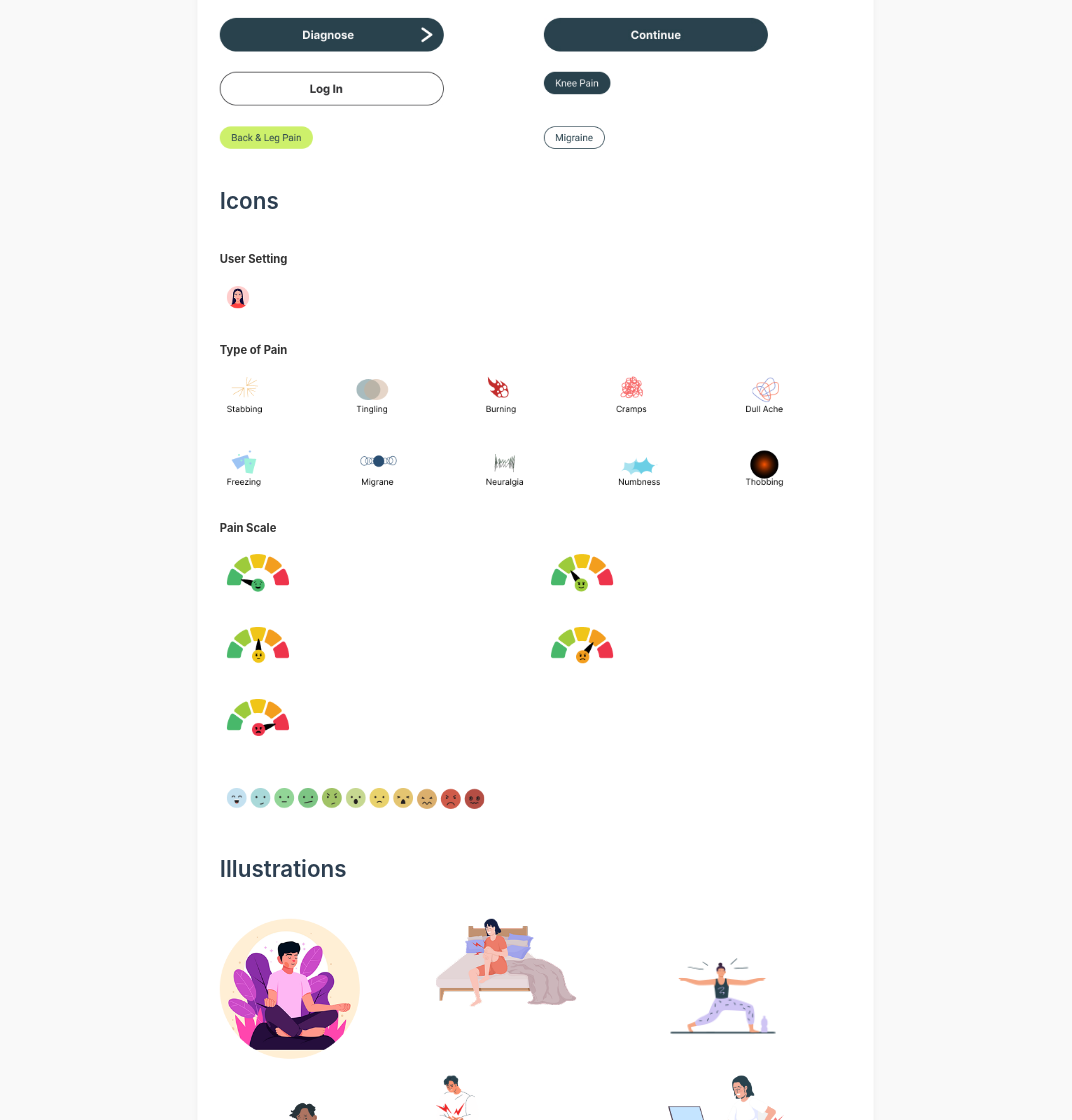
Repository: rosielee09/Heal_U
Page: graphics.html
The author's editor kept a copy of each file at every save. The page is drawn from the files as they stood at one save, then again after the next save.
The browser window is 1280 px wide. The page is 1532 px wide, then 1500 px, so the pictures cover 1532 px, including what lies to the right of the window. The pictures show the part of the page from y = 1251 to 2851 px (the page is 4593 px tall before and 4458 px after), at 70% of full size.

Above is the page before, as saved 2025-04-06 11:01:58.

### graphics.html
<!DOCTYPE html>
<html lang="en">
<head>
    <meta charset="UTF-8">
    <meta name="viewport" content="width=device-width, initial-scale=1.0">
    <link rel="stylesheet" href="styles.css">
    <title>Heal_U Styleguide</title>
</head>
<body>
    <div class="container">
        <!-- Sidebar Navigation -->
        <div class="sidebar">
            <div class="sidebar-header">
                <h1>UI/UX Styleguide</h1>
                <p>Project design system</p>
            </div>
            <ul class="nav">
                <li ><a href="index.html">Home</a></li>
                <li><a href="colors.html">Colors</a></li>
                <li><a href="typography.html">Typography</a></li>
                <li><a href="logo.html">Logo</a></li>
                <li class="active"><a href="graphics.html">Graphics</a></li>
                <li><a href="references.html">References</a></li>
            </ul>
        </div>

        <!-- Main Content - Home Page -->

        <div class="content">
            <header class="page-header">
                <h2>Graphics</h2>
                <p>This document provides guidelines for maintaining visual consistency across our product.</p>
            </header>


           <!-- SECTION 1: menu bar -->
           <div class="component">
            <div class="component-header">

                <section class="component-section">
                    <h3 class="component-title">Navigation Bar</h3>

                    <div class="graphic-grid">
                        <!-- home -->
                        <div class="graphic-item">
                            <img class="graphic-menu__icon" src="/img/graphic-menu/home.png" alt="home">
                            <div class="graphic-info">
                                <h4 class="graphic-title">Home</h4>
                                <p class="graphic-title-desc">The Home button navigates users to the home screen, providing quick access to the main interface.</p>
                            </div>
                        </div>
                        <!-- diagnose -->
                        <div class="graphic-item">
                            <img class="graphic-menu__icon" src="/img/graphic-menu/diagnose.png" alt="diagnose">
                            <div class="graphic-info">
                                <h4 class="graphic-title">Diagnose </h4>
                                <p class="graphic-title-desc">The diagnose button navigates users to the Diagnose page, allowing them to reassess their condition anytime, especially if their pain level changes significantly.</p>
                            </div>
                        </div>
                        <!-- Progress -->
                        <div class="graphic-item">
                            <img class="graphic-menu__icon" src="/img/graphic-menu/progress.png" alt="Progress">
                            <div class="graphic-info">
                                <h4 class="graphic-title">Progress </h4>
                                <p class="graphic-title-desc">
                                    The Progress button takes users to the Progress page, where they can track their journey from the beginning to their current pain condition.</p>
                            </div>
                        </div>

                        <!-- blog -->
                        <div class="graphic-item">
                            <img class="graphic-menu__icon" src="/img/graphic-menu/blog.png" alt="blog">
                            <div class="graphic-info">
                                <h4 class="graphic-title">Blog </h4>
                                <p class="graphic-title-desc">The Blog button takes users to the blog page, allowing them to interact with others and find motivation through shared experiences.</p>
                        </div>
                        </div>

                        <!-- Settings -->
                        <div class="graphic-item">
                            <img class="graphic-menu__icon" src="/img/graphic-menu/setting.png" alt="Setting">
                            <div class="graphic-info">
                                <h4 class="graphic-title">Settings </h4>
                                <p class="graphic-title-desc">The Settings button takes users to the settings page, where they can customize their preferences and personalize their experience.</p>
                    </div>
                </div>
            </div>
        </div></div>
<!-- button section -->
<div class="component">
                <section class="component-section">
                    <h3 class="component-title">Buttons </h3>

                    <div class="graphic-grid">
                          <!-- fill button -->
                        <div class="graphic-item">
                            <img class="graphic-button__icon" src="/img/Appovation - buttons/Button-fill-withIcon.png" alt="fill-icon">
                        </div>
                        <div class="graphic-item">
                            <img class="graphic-button__icon" src="/img/Appovation - buttons/Button-fill.jpg" alt="fill">
                        </div>
                        <div class="graphic-item">
                            <img class="graphic-button__icon" src="/img/Appovation - buttons/Button-outline.jpg" alt="outline">
                        </div>
                        <div class="graphic-item">
                            <img class="graphic-button__icon" src="/img/Appovation - buttons/chips-fill.png" alt="chips">
                        </div>
                        <div class="graphic-item">
                            <img class="graphic-button__icon" src="/img/Appovation - buttons/chips-highlighted.png" alt="chips-highlighted">
                        </div>
                        <div class="graphic-item">
                            <img class="graphic-button__icon" src="/img/Appovation - buttons/chips-outlined.png" alt="chips-outlined">
                        </div>
                    </div>
                </section>

            <section class="component-section">
                <h3 class="component-title">Icons </h3>
                <h4 class="graphic-title">User Setting</h4>
                <div class="graphic-item">
                    <img class="graphic-icons" src="/img/Appovation - icons/user setting icon.png" alt="pain_type_icon">
                </div>

                <h4 class="graphic-title">Type of Pain</h4>
                <div class="graphic-grid__icons">

                    <div class="graphic-item">
                        <img class="graphic-icons" src="/img/Appovation - icons/Icon-stabbing.png" alt="pain_type_icon">
                    </div>
                    <div class="graphic-item">
                        <img class="graphic-icons" src="/img/Appovation - icons/Icon-tingling.png" alt="pain_type_icon">
                    </div>
                    <div class="graphic-item">
                        <img class="graphic-icons" src="/img/Appovation - icons/Icon_Burning.png" alt="pain_type_icon">
                    </div>
                    <div class="graphic-item">
                        <img class="graphic-icons" src="/img/Appovation - icons/Icon_Cramps.png" alt="pain_type_icon">
                    </div>
                    <div class="graphic-item">
                        <img class="graphic-icons" src="/img/Appovation - icons/Icon_dull ache.png" alt="pain_type_icon">
                    </div>
                    <div class="graphic-item">
                        <img class="graphic-icons" src="/img/Appovation - icons/Icon_freezing.png" alt="pain_type_icon">
                    </div>
                    <div class="graphic-item">
                        <img class="graphic-icons" src="/img/Appovation - icons/Icon_Migrane.png" alt="pain_type_icon">
                    </div>
                    <div class="graphic-item">
                        <img class="graphic-icons" src="/img/Appovation - icons/Icon_neuralgia.png" alt="pain_type_icon">
                    </div>
                    <div class="graphic-item">
                        <img class="graphic-icons" src="/img/Appovation - icons/Icon_numbness.png" alt="pain_type_icon">
                    </div>
                    <div class="graphic-item">
                        <img class="graphic-icons" src="/img/Appovation - icons/Icon_thobbing.png" alt="pain_type_icon">
                    </div>

                </div>


                <h4 class="graphic-title">Pain Scale</h4>
                <div class="graphic-grid">

                    <div class="graphic-item">
                        <img class="graphic-icons" src="/img/Appovation - icons/Pain_difference-slider-green.png" alt="pain_scale_icon">
                    </div>
                    <div class="graphic-item">
                        <img class="graphic-icons" src="/img/Appovation - icons/Pain_difference-slider-mild.png" alt="pain_scale_icon">
                    </div>
                    <div class="graphic-item">
                        <img class="graphic-icons" src="/img/Appovation - icons/Pain_difference-slider-middle.png" alt="pain_scale_icon">
                    </div>
                    <div class="graphic-item">
                        <img class="graphic-icons" src="/img/Appovation - icons/Pain_difference-slider-less-severe.png" alt="pain_scale_icon">
                    </div>
                    <div class="graphic-item">
                        <img class="graphic-icons" src="/img/Appovation - icons/Pain_difference-slider-severe.png" alt="pain_scale_icon">
                    </div>
                </div>
                <div class="graphic-item-grid1">
                    <img class="graphic-icons" src="/img/Appovation - icons/progress pain scale.png" alt="pain_scale_icon">
                </div>

        </section>

        <section class="component-section">
            <h3 class="component-title">Illustrations</h3>

            <div class="graphic-grid-illustrations">
                  <!-- fill button -->
                <div class="graphic-item-illustrations">
                    <img class="graphic-illustrations" src="/img/Appovation - illustration set/5214865 1.png" >
                </div>
                <div class="graphic-item-illustrations">
                    <img class="graphic-illustrations" src="/img/Appovation - illustration set/AdobeStock_593962329 1.png">
                </div>
                <div class="graphic-item-illustrations">
                    <img class="graphic-illustrations" src="/img/Appovation - illustration set/exercise 2.png" >
                </div>
                <div class="graphic-item-illustrations">
                    <img class="graphic-illustrations" src="/img/Appovation - illustration set/Group 103.png" >
                </div>
                <div class="graphic-item-illustrations">
                    <img class="graphic-illustrations" src="/img/Appovation - illustration set/Group 84.png" >
                </div>
                <div class="graphic-item-illustrations">
                    <img class="graphic-illustrations" src="/img/Appovation - illustration set/Group 98.png" >
                </div>
            </div>
        </section>

        <section class="component-section">
            <h3 class="component-title">Images for Contents</h3>

            <div class="graphic-grid-images">
                <div class="graphic-item">
                    <img class="graphic-icons" src="/img/Appovation - images for contents/unsplash_GbomLmruCM8.png " alt="pain_type_icon">
                </div>
                <div class="graphic-item">
                    <img class="graphic-icons" src="/img/Appovation - images for contents/unsplash_gJtDg6WfMlQ.png" alt="pain_type_icon">
                </div>
                <div class="graphic-item">
                    <img class="graphic-icons" src="/img/Appovation - images for contents/unsplash_kFCdfLbu6zA.png" alt="pain_type_icon">
                </div>
                <div class="graphic-item">
                    <img height="200px" class="graphic-icons" src="/img/Appovation - images for contents/unsplash_PJ8C7JCqK0o-1.png" alt="pain_type_icon">
                </div>
                <div class="graphic-item">
                    <img height="200px" class="graphic-icons" src="/img/Appovation - images for contents/unsplash_PJ8C7JCqK0o.png" alt="pain_type_icon">
                </div>
        </section>

        <section class="component-section">
            <h3 class="component-title">Screens</h3>

            <div class="graphic-grid-images">
                <div class="graphic-item">
                    <img class="graphic-icons" src="/img/Appovation - screens/screen-dailypopup.png " alt="pain_type_icon">
                </div>
                <div class="graphic-item">
                    <img class="graphic-icons" src="/img/Appovation - screens/screen-survey.png" alt="pain_type_icon">
                </div>
                <div class="graphic-item">
                    <img class="graphic-icons" src="/img/Appovation - screens/screen-watchingtutorial.png" alt="pain_type_icon">
                </div>

        </section>


</body>
<script src="script.js"></script>
</html>

### styles.css
* {
    margin: 0;
    padding: 0;
    box-sizing: border-box;
}

body {
    font-family: 'Inter', -apple-system, BlinkMacSystemFont, 'Segoe UI', Roboto, Oxygen, Ubuntu, Cantarell, sans-serif;
    line-height: 1.4;
    color: #333;
    background-color: #f9f9f9;
}

hr {
    border-top: 0.4px lightgray;
    padding: 1rem;
    border-left: 0;
}

/* Layout */
.container {
    display: flex;
    min-height: 100vh;
}

/* Sidebar Navigation */
.sidebar {
    width: 250px;
    background-color: #2c3e50;
    color: #fff;
    padding: 2rem 0;
    position: fixed;
    height: 100vh;
    overflow-y: auto;
}

.sidebar-header {
    padding: 0 1.5rem 2rem;
    border-bottom: 1px solid rgba(255, 255, 255, 0.1);
}

.sidebar-header h1 {
    font-size: 1.5rem;
    font-weight: 700;
    margin-bottom: 0.5rem;
}

.sidebar-header p {
    font-size: 0.875rem;
    opacity: 0.7;
}

.nav {
    list-style: none;
    padding: 1.5rem 0;
}

.nav li {
    padding: 0.5rem 1.5rem;
}

.nav li.active {
    background-color: rgba(255, 255, 255, 0.1);
    border-left: 4px solid #3498db;
}

.nav a {
    color: #fff;
    text-decoration: none;
    display: block;
    font-size: 0.95rem;
    transition: all 0.2s;
}

.nav a:hover {
    opacity: 0.8;
}

/* Main Content */
.content {
    flex: 1;
    padding: 2rem;
    margin-left: 250px;
    max-width: calc(100% - 250px);
}

.page-header {
    margin-bottom: 2rem;
    padding-bottom: 1rem;
    border-bottom: 1px solid #eee;
}

.page-header h2 {
    font-size: 2rem;
    font-weight: 700;
    color: #2c3e50;
    margin-bottom: 0.5rem;
}

.page-header p {
    color: #7f8c8d;
    font-size: 1.1rem;
}

/* Components Common Styles */
.component {
    background-color: #fff;
    border-radius: 8px;
    box-shadow: 0 2px 10px rgba(0, 0, 0, 0.05);
    padding: 2rem;
    padding-top: 1rem;
    margin-bottom: 2rem;
}

.component-section{
    margin-top: 3rem;
}

.component-header {
    margin-top: 1.5rem;
    margin-bottom: 1.5rem;
}

.component-title {
    font-size: 2rem;
    font-weight: 600;
    margin-top: 2rem;
    margin-bottom: 3rem;
    color: #2c3e50;
}

.component-description {
    color: #7f8c8d;
}


    /* Color Styles */
.color-grid {
    display: grid;
    grid-template-columns: repeat(auto-fill, minmax(300px, 1fr));
    gap: 1.5rem;
}

.color-grid__onlycolor {
    display: grid;
    grid-template-columns: repeat(auto-fill, minmax(300px, 2fr));
    gap: 1.5rem;
    align-items: start;
}

.color-grid__Accessiblilliy {
    display: grid;
    grid-template-columns: repeat(auto-fit, minmax(clamp(300px, 50%, 400px), 1fr));
    gap: 1.5rem;
}

.color-item {
    border-radius: 6px;
    overflow: hidden;
    box-shadow: 0 2px 5px rgba(0, 0, 0, 0.1);
}

.color-preview {
    height: 120px;
}

.color-info {
    padding: 1rem;
    background-color: #fff;
}

.color-name {
    font-weight: 600;
    margin-bottom: 0.25rem;
}

.color-value {
    font-family: monospace;
    color: #7f8c8d;
    font-size: 0.85rem;
}

.color__primary--preview{
    background-color: #29424D;
}

.color__secondary--preview{
    background-color: #CFC4F4;
}

.color__tertiary--preview {
    background-color: #F8F3EC;
}

.color__accent--preview{
    background-color: #CDF06B;
}

.color__success--preview{
    background-color: #138636;
}

.color__error--preview{
    background-color: #C32D2D;
}

.color__warning--preview{
    background-color: #FFBD11;
}

.color__info--preview{
    background-color: #4976BA;
}

.color__background--preview{
    background-color: #fff;
}

.color__text--preview{
    background-color: #2E2E30;
}

.color-accessiblillity-img {
    width: 100%;
    height: 70%;
}

.color-example-img{
    align-items: center;
}


/* Graphics */
.graphic-grid {
    display: grid;
    grid-template-columns: repeat(auto-fill, minmax(300px, 2fr));
    gap: 1.5rem;

}

/* section__icons */
.graphic-grid__icons{
    display: grid;
    grid-template-columns: repeat(5, 1fr);
    gap: 1.5rem;
}

.graphic-item{
   justify-items: center;

}


.graphic-menu__icon{
    padding: 8px;
    border: 0.4px solid lightgrey;
    border-radius: 8px;
}

.graphic-title{
    margin-top: 2rem;
    margin-bottom: 1rem;
}

.graphic-title-desc{
    margin-bottom: 1rem;
}

.graphic-item-grid1{
    margin-top: 3rem;
}


/* section illustrations */
.graphic-grid-illustrations,
.graphic-grid-images{
    display: grid;
    grid-template-columns: repeat(3, 1fr);
    gap: 1.5rem;
}
.graphic-item-illustrations,
.graphic-illustrations{
    max-width: 200px;
    max-height: 200px;
}
.graphic-icons{
    padding: 10px;
    border-radius: 16px;
}

/* Typography */

/* Import Roboto font with multiple weights */
@import url('https://fonts.googleapis.com/css2?family=Roboto:wght@400;500;700&display=swap');


/* Table styling */
table {
  width: 100%;
  border-collapse: collapse;
  font-family: 'Roboto', sans-serif;
  margin: 2rem 0;
}

th {
  background-color: #f8f9fa;
  color: #212529;
  padding: 12px 16px;
  text-align: left;
  font-weight: 500;
  border-bottom: 2px solid #dee2e6;

}

td {
  padding: 16px;
  border-bottom: 1px solid #e9ecef;
  vertical-align: top;
}

/* Remove default list styling */
td li {
  list-style: none;
  margin: 4px 0;
  padding-left: 0;
}



.content-image {
  margin: auto;
  display: block;
  padding: 1rem;
}

.center {
  text-align: center;
}



.typography-item {
    margin-bottom: 2rem;
}


.heading1 {
  font-family: 'Roboto', sans-serif;
  font-size: 40px;
  line-height: 48px;
  font-weight: 700;
  color: #212529;

}

.heading2 {
  font-family: 'Roboto', sans-serif;
  font-size: 32px;
  line-height: 40px;
  font-weight: 700;
  color: #212529;
}

.section-header {
  font-family: 'Roboto', sans-serif;
  font-size: 24px;
  line-height: 32px;
  font-weight: 700;
  color: #212529;
}

.sub-header {
  font-family: 'Roboto', sans-serif;
  font-size: 20px;
  line-height: 28px;
  font-weight: 700;
  color: #212529;
}

.body-bold {
  font-family: 'Roboto', sans-serif;
  font-size: 16px;
  line-height: 24px;
  font-weight: 700;
  color: #212529;
}


.body {
  font-family: 'Roboto', sans-serif;
  font-size: 16px;
  line-height: 24px;
  font-weight: 400;
  color: #212529;
}

.small {
  font-family: 'Roboto', sans-serif;
  font-size: 14px;
  line-height: 20px;
  font-weight: 400;
  color: #212529;
}

.small-italic {
  font-family: 'Roboto', sans-serif;
  font-style: italic;
  font-size: 14px;
  line-height: 20px;
  font-weight: 400;
  color: #212529;
}

.tiny-bold {
  font-family: 'Roboto', sans-serif;
  font-size: 12px;
  line-height: 18px;
  font-weight: 700;
  color: #212529;
}

.tiny {
  font-family: 'Roboto', sans-serif;
  font-size: 12px;
  line-height: 18px;
  font-weight: 400;
  color: #212529;
}

.mini {
  font-family: 'Roboto', sans-serif;
  font-size: 8px;
  line-height: 12px;
  font-weight: 400;
  color: #212529;
  letter-spacing: 0.5px;
}

/* Add zebra striping for better readability */
tbody tr:nth-child(odd) {
  background-color: #f8f9fa;
}

Loaded but not shown: script.js (no stored copy; drawn as an empty file)

After the next save:
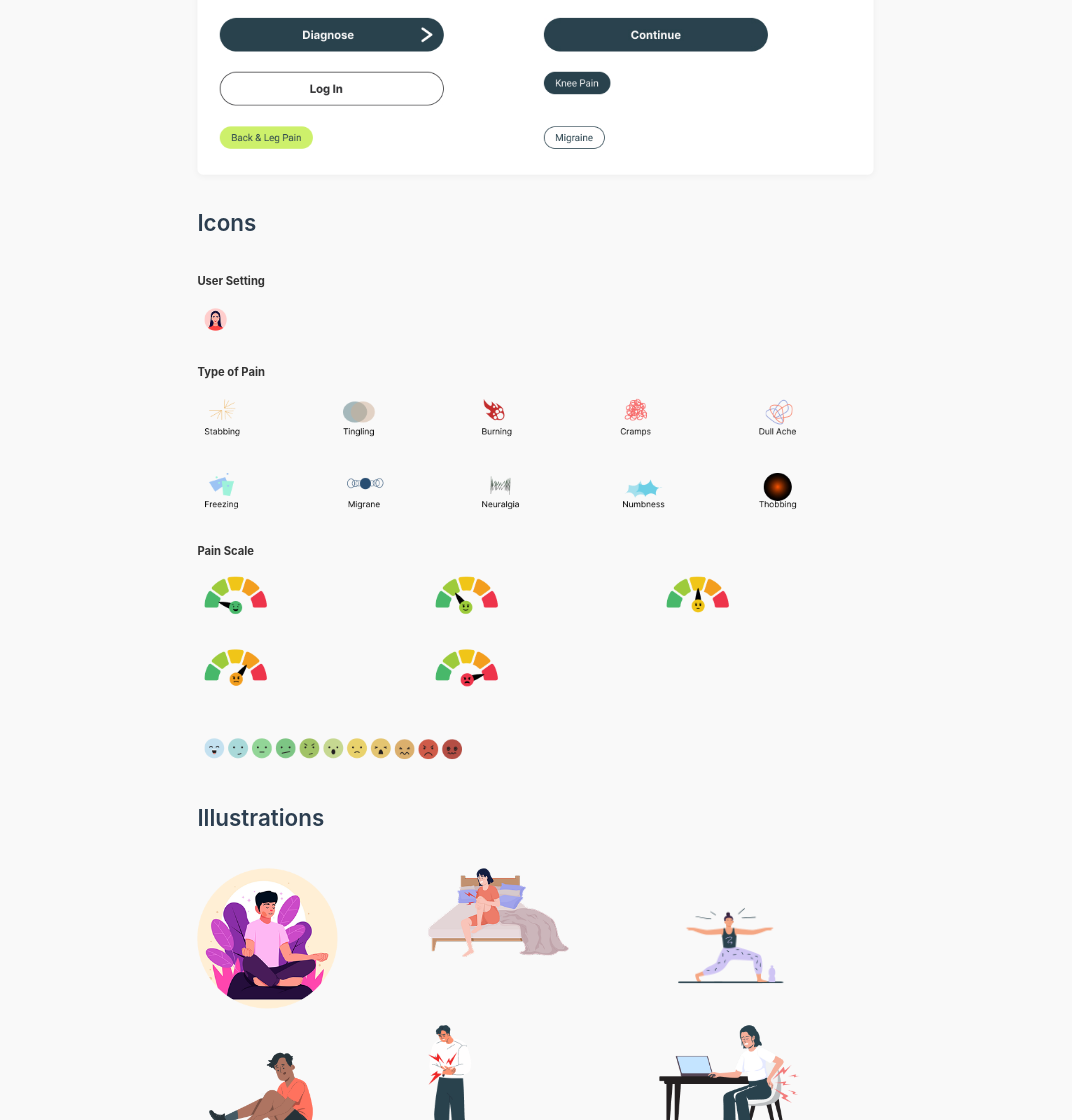
Saved 36 s later.
--- a/graphics.html
+++ b/graphics.html
@@ -85,7 +85,8 @@
                     </div>
                 </div>
             </div>
-        </div></div>
+        </div>
+    </div>
 <!-- button section -->
 <div class="component">
                 <section class="component-section">
@@ -113,6 +114,7 @@
                         </div>
                     </div>
                 </section>
+            </div>
 
             <section class="component-section">
                 <h3 class="component-title">Icons </h3>
